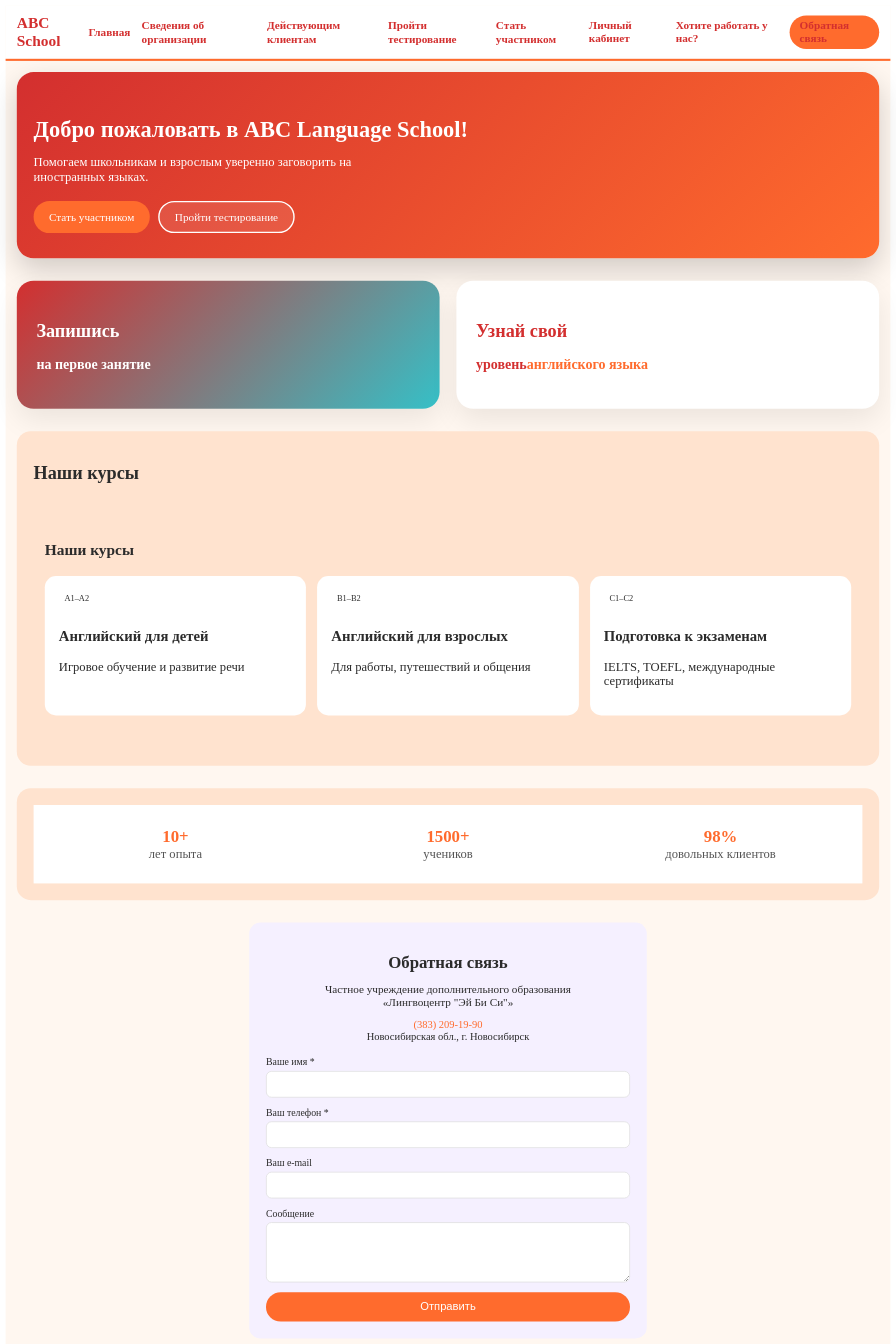
Repository: vidergooold/abc-language-school
Page: / (app in frontend/)
An editor plug-in stored every save of this project. The page is shown before and after the next save, followed by the edit.
The browser window is 1280 px wide. The pictures show the part of the page from y = 0 to 1920 px (the page is 2599 px tall before and 2531 px after), at 70% of full size.
The project was rebuilt for these pictures with package versions that can differ from the ones it lists, and the page was loaded fresh each time. Also part of the build but not shown: frontend/vite.config.ts, frontend/src/components/courses/CoursesFilter.vue, frontend/src/components/courses/CourseCard.vue, frontend/src/components/courses/CoursesGrid.vue, frontend/src/pages/Courses.vue, frontend/src/pages/Login.vue, frontend/src/pages/Register.vue, frontend/src/pages/Enroll.vue and 5 more.

Above is the page before, as saved 2026-01-11 18:23:30.

After the next save:
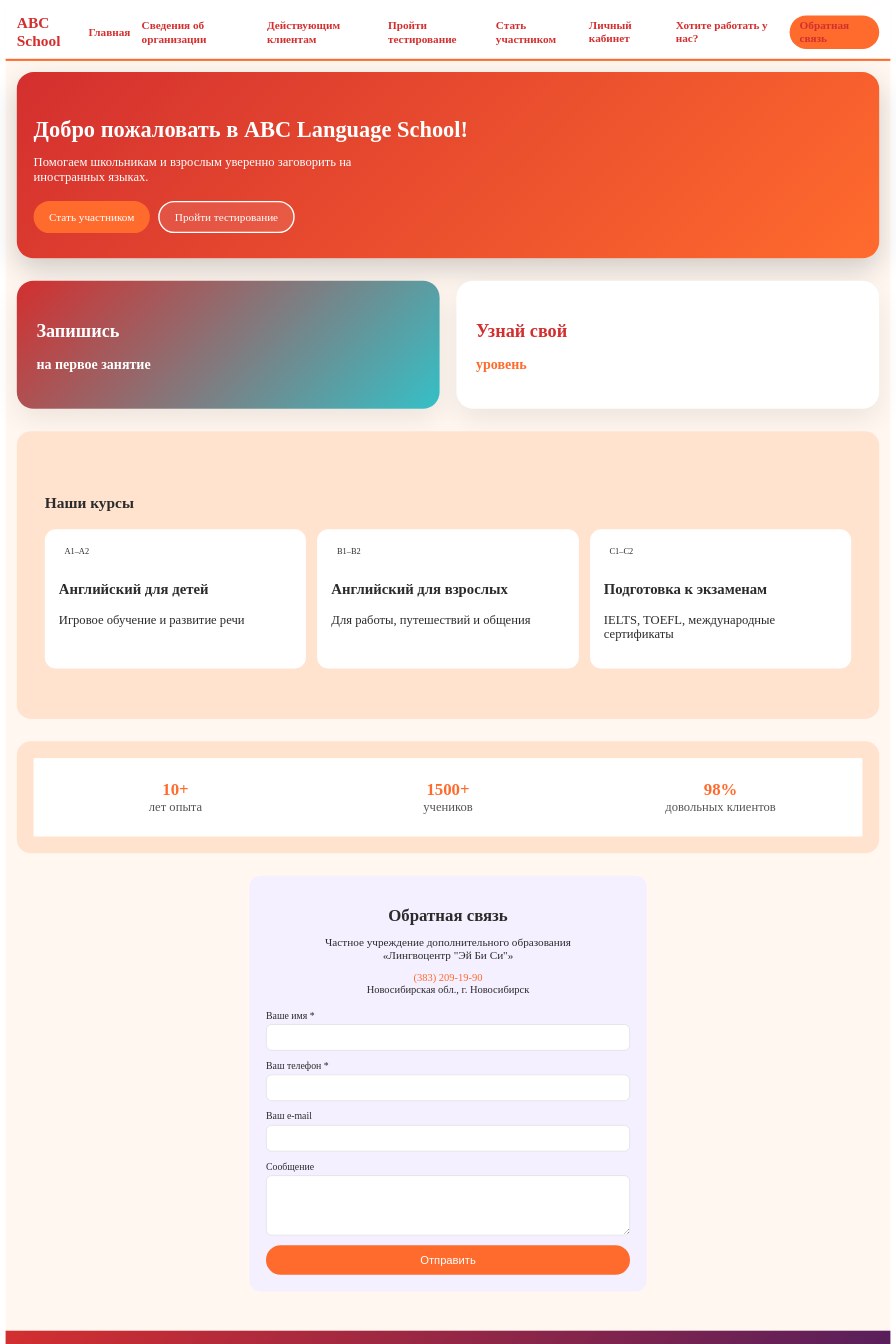
Saved 4 min 22 s later.
--- a/frontend/src/pages/Home.vue
+++ b/frontend/src/pages/Home.vue
@@ -32,15 +32,13 @@
       <div class="cta-card cta-card--level" @click="goToTesting">
         <p class="cta-card__title">Узнай свой</p>
         <p class="cta-card__subtitle">
-          <span>уровень</span>
-          <span class="accent">английского языка</span>
+          <span class="accent">уровень</span>
         </p>
       </div>
     </section>
 
-    <!-- Превью курсов -->
+    <!-- Превью курсов (убрали повторный заголовок) -->
     <section class="section">
-      <h2 class="section__title">Наши курсы</h2>
       <CoursesPreview />
     </section>
 
@@ -181,12 +179,6 @@ function goToTesting() {
   padding: 24px;
 }
 
-.section__title {
-  font-size: var(--font-size-h2);
-  font-weight: 700;
-  margin-bottom: 16px;
-}
-
 .feedback-section {
   background: transparent;
   padding: 0;
